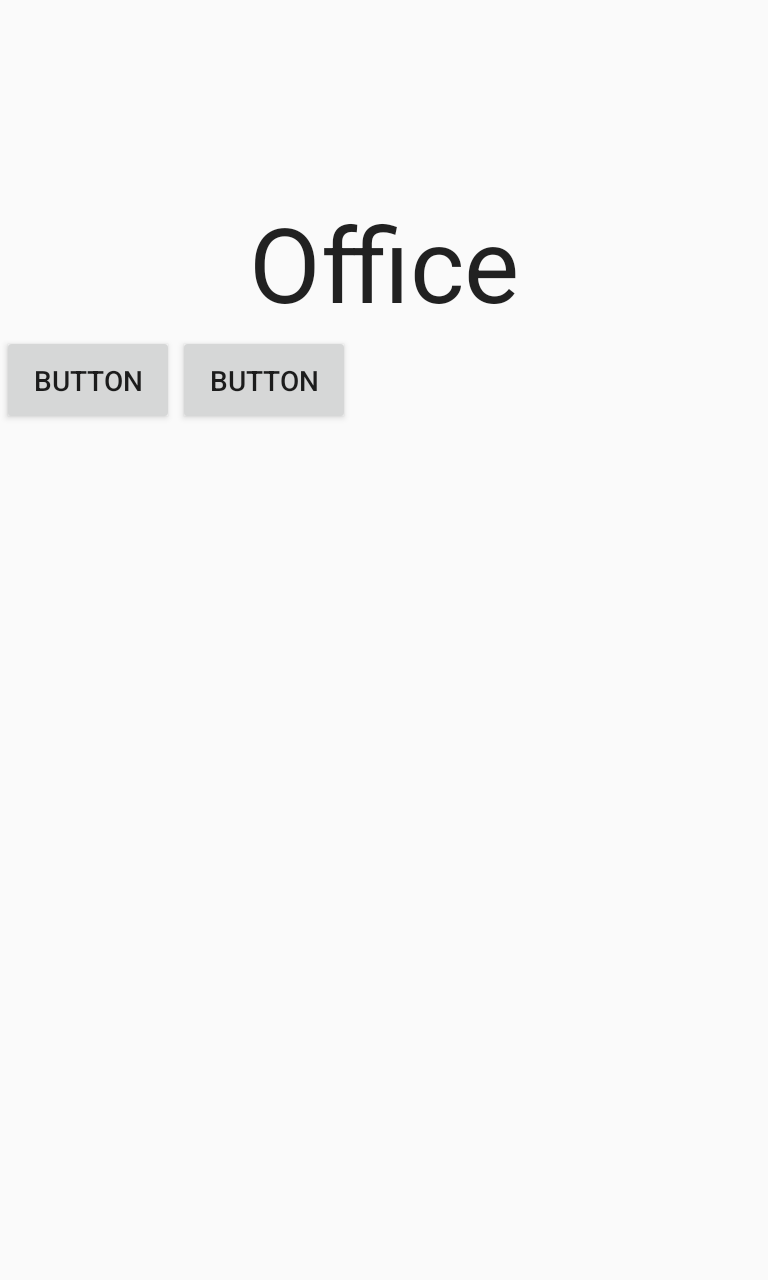
Repository: hessfr/contextRecognition
Layout: androidProjects/ContextRecognition/res/layout/activity_main.xml
The author's editor kept a copy of each file at every save. The layout is drawn from the files as they stood at one save, then again after the next save.
It is drawn on a 768 x 1280 px phone screen (xhdpi) without system bars, with theme AppTheme; the app's code is not run.

Above is the layout before, as saved 2014-05-30 07:04:58.

After the next save:
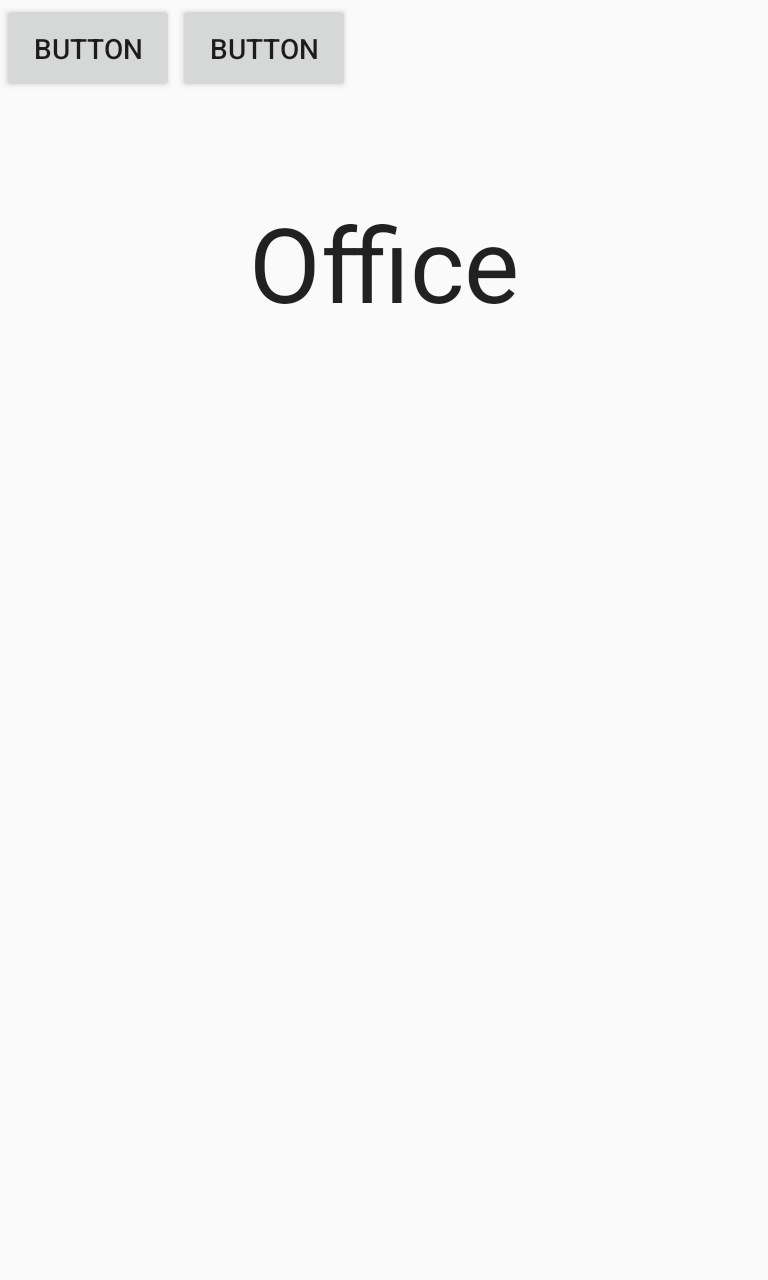
Saved 3 min 20 s later.
--- a/androidProjects/ContextRecognition/res/layout/activity_main.xml
+++ b/androidProjects/ContextRecognition/res/layout/activity_main.xml
@@ -19,12 +19,6 @@
             android:text="Office"
             android:textAppearance="?android:attr/textAppearanceLarge"
             android:textSize="52sp" />
-
-        <RelativeLayout
-            android:layout_width="match_parent"
-            android:layout_height="match_parent"
-            android:layout_centerHorizontal="true"
-            android:layout_below="@+id/textView1" >
 
             <LinearLayout
 	        android:layout_width="wrap_content"
@@ -50,9 +44,6 @@
 
 	    	</LinearLayout>
 
-
-        </RelativeLayout>
-
     </RelativeLayout>
 
 

After the save that followed:
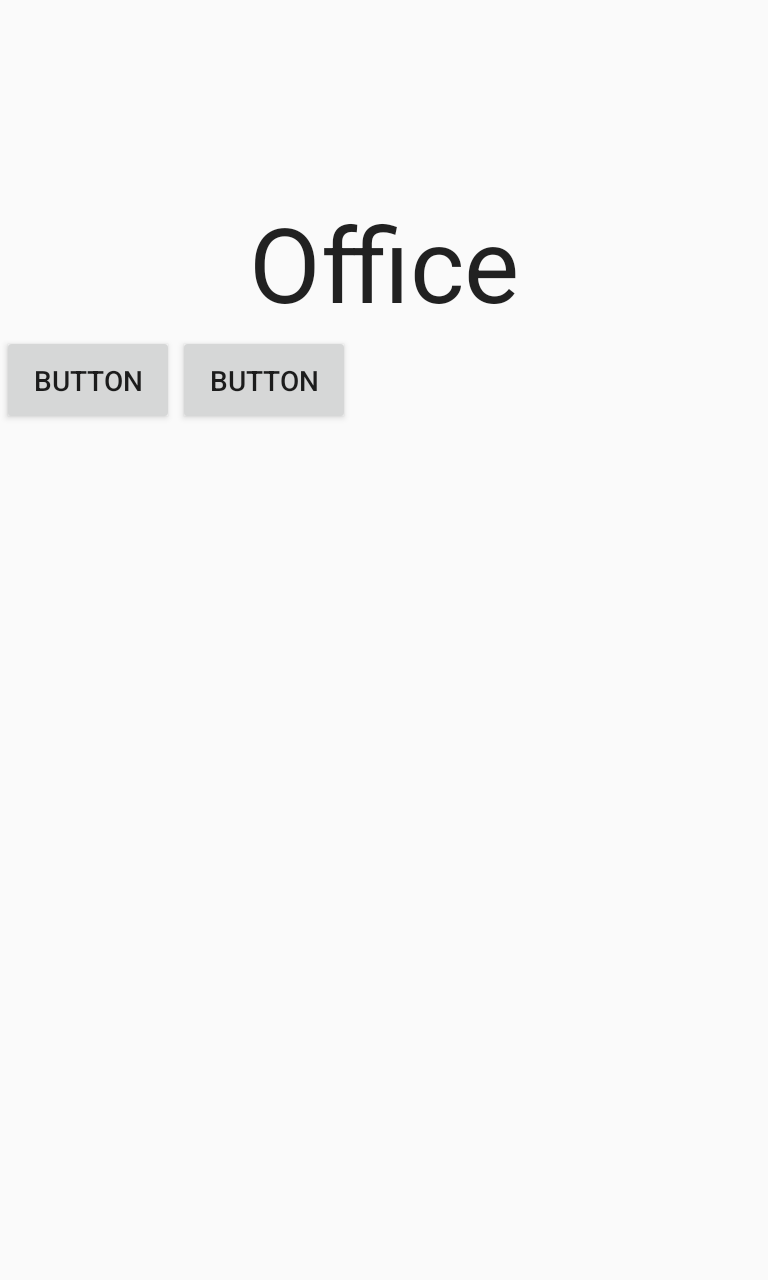
Saved 48 s later.
--- a/androidProjects/ContextRecognition/res/layout/activity_main.xml
+++ b/androidProjects/ContextRecognition/res/layout/activity_main.xml
@@ -24,7 +24,8 @@
 	        android:layout_width="wrap_content"
 	        android:layout_height="wrap_content"
 	        android:orientation="horizontal"
-	        android:layout_centerHorizontal="True" >
+	        android:layout_centerHorizontal="True"
+	        android:layout_below="@+id/textView1" >
 
                 <Button
 	                android:id="@+id/button2"
